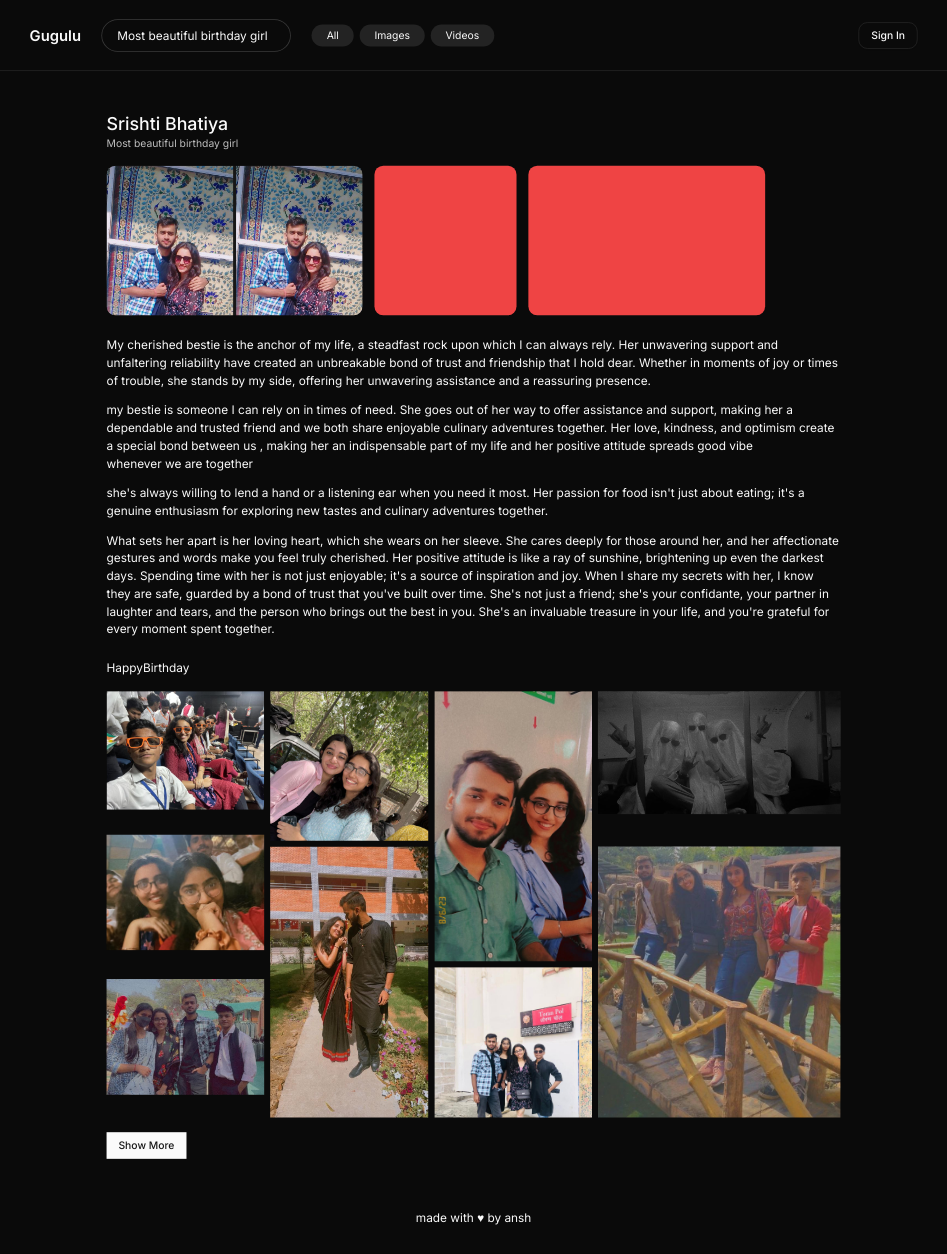
Repository: Harshgoel17/anshfinal
Page: /srishti
The author's editor kept a copy of each file at every save. The page is drawn from the files as they stood at one save, then again after the next save.
The browser window is 1280 px wide. The pictures show the whole page, at 74% of full size.
The project was rebuilt for these pictures with package versions that can differ from the ones it lists, and the page was loaded fresh each time. The framework's server and built-in components were replaced by stand-ins that run in the browser. Also part of the build but not shown: next.config.js.

Above is the page before, as saved 2023-10-06 17:33:07.

After the next save:
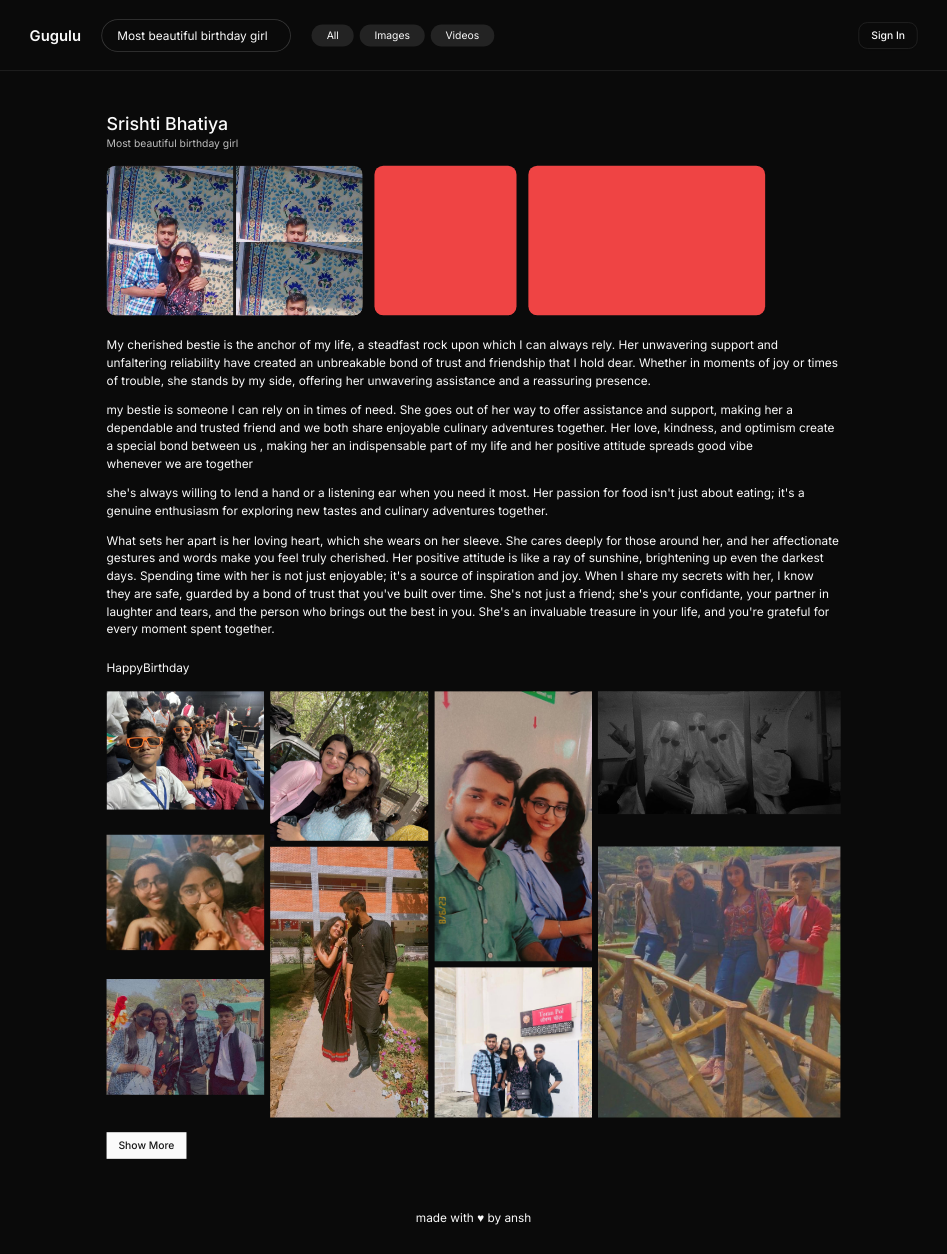
Saved 8 s later.
--- a/app/srishti/page.jsx
+++ b/app/srishti/page.jsx
@@ -24,9 +24,12 @@ const page = () => {
                     </span>
 
                     <div className='flex flex-col gap-1 w-[50%] h-full'>
-                    <span className=' h-[50%] w-full relative'>
-                        <img src="images/18.jpg" alt="" className='absolute' />
-                    </span>
+                        <span className=' h-[50%] w-full relative'>
+                            <img src="images/18.jpg" alt="" className='absolute' />
+                        </span>
+                        <span className=' h-[50%] w-full relative'>
+                            <img src="images/18.jpg" alt="" className='absolute' />
+                        </span>
                     </div>
                 </div>
 
